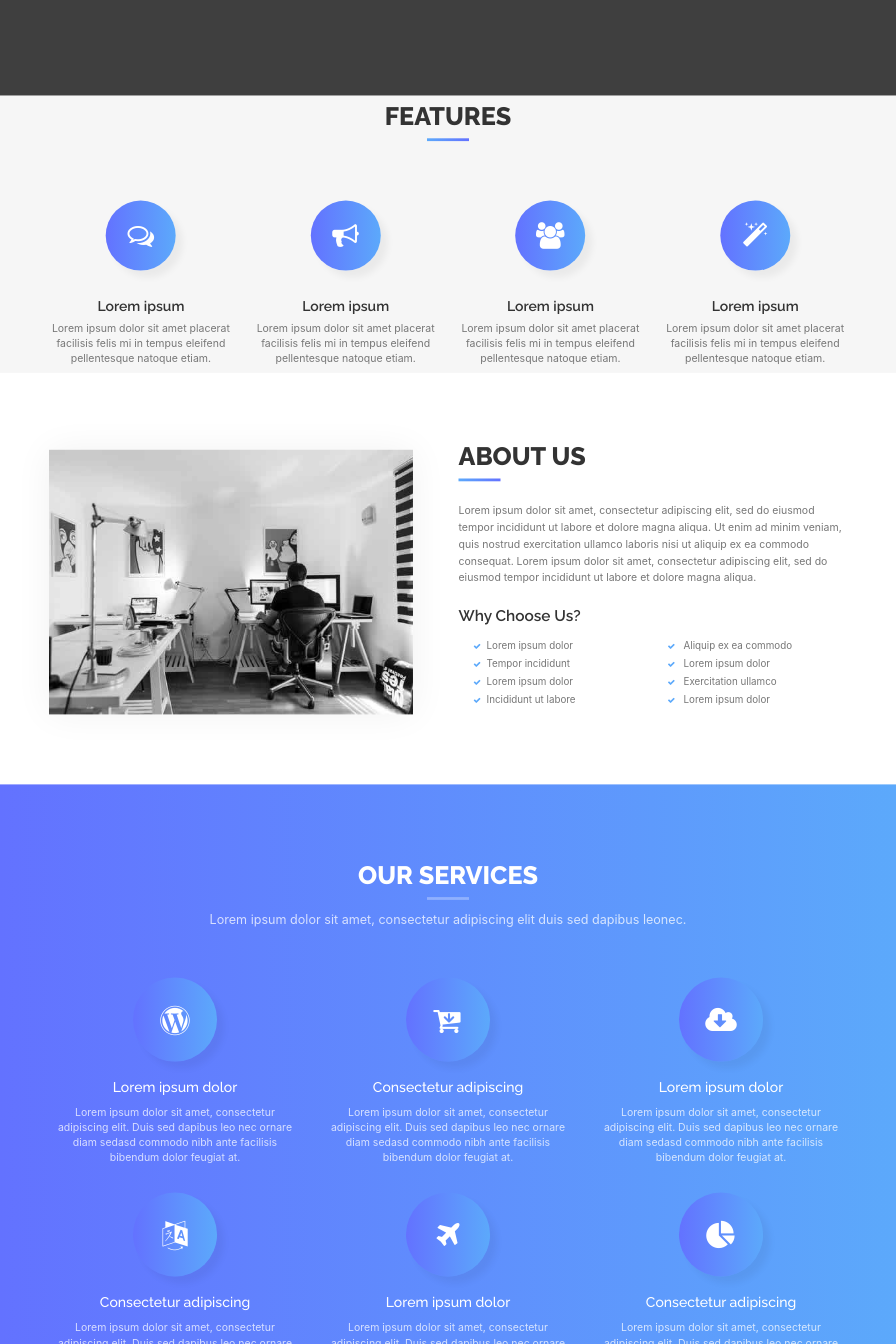
Repository: andrealepori/digitize-reactapp
Page: /
An editor plug-in stored every save of this project. The page is shown before and after the next save, followed by the edit.
The browser window is 1280 px wide. The pictures show the part of the page from y = 772 to 2692 px (the page is 5469 px tall), at 70% of full size.
Pictures or frames that could not be fetched are drawn as grey boxes. The project was rebuilt for these pictures with package versions that can differ from the ones it lists, and the page was loaded fresh each time.

Above is the page before, as saved 2021-09-21 14:41:17.

After the next save:
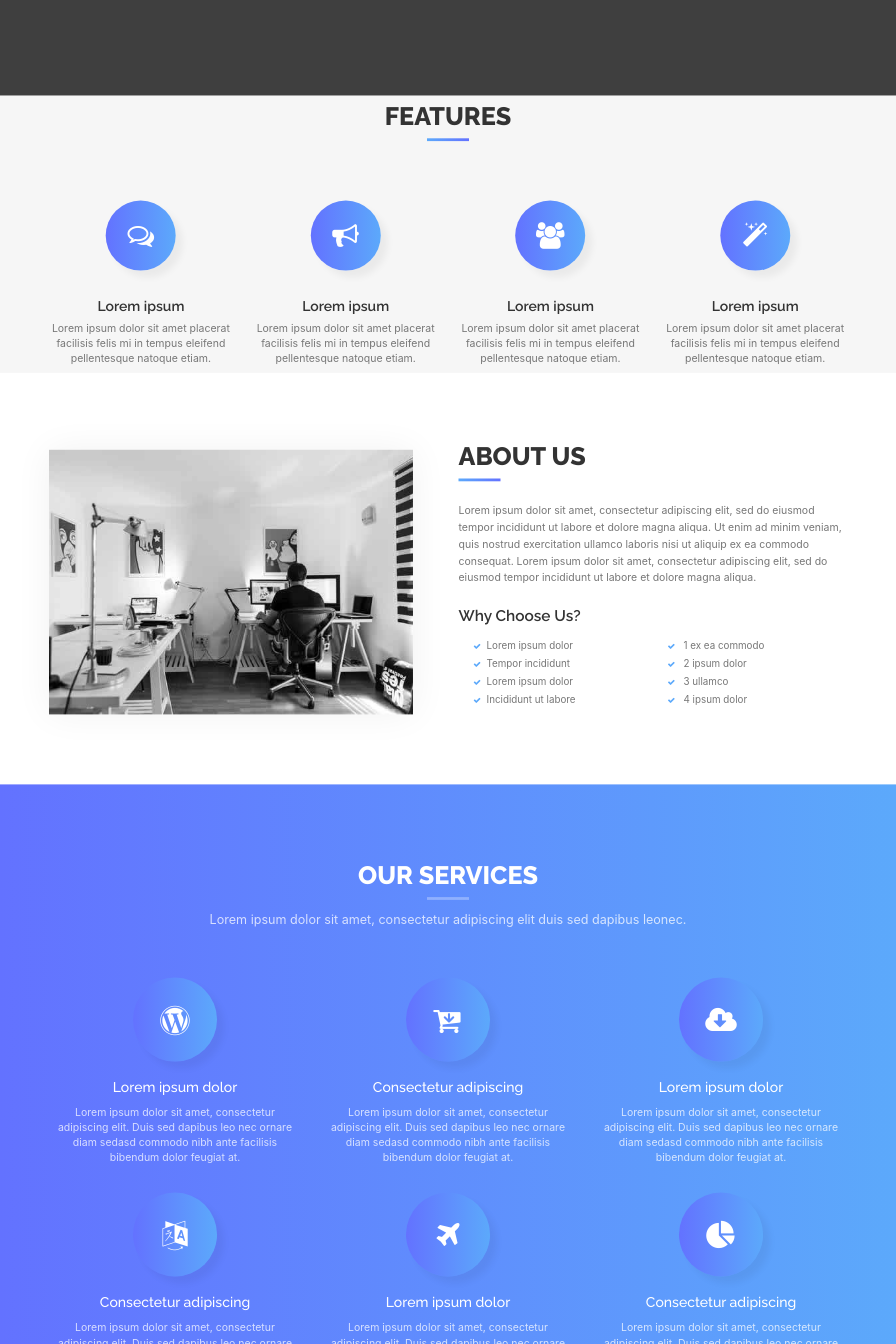
Saved 44 s later.
--- a/src/data/data.json
+++ b/src/data/data.json
@@ -12,10 +12,10 @@
       "Incididunt ut labore"
     ],
     "Why2": [
-      "Aliquip ex ea commodo",
-      "Lorem ipsum dolor",
-      "Exercitation ullamco",
-      "Lorem ipsum dolor"
+      "1 ex ea commodo",
+      "2 ipsum dolor",
+      "3 ullamco",
+      "4 ipsum dolor"
     ]
   },
   "Gallery": [
